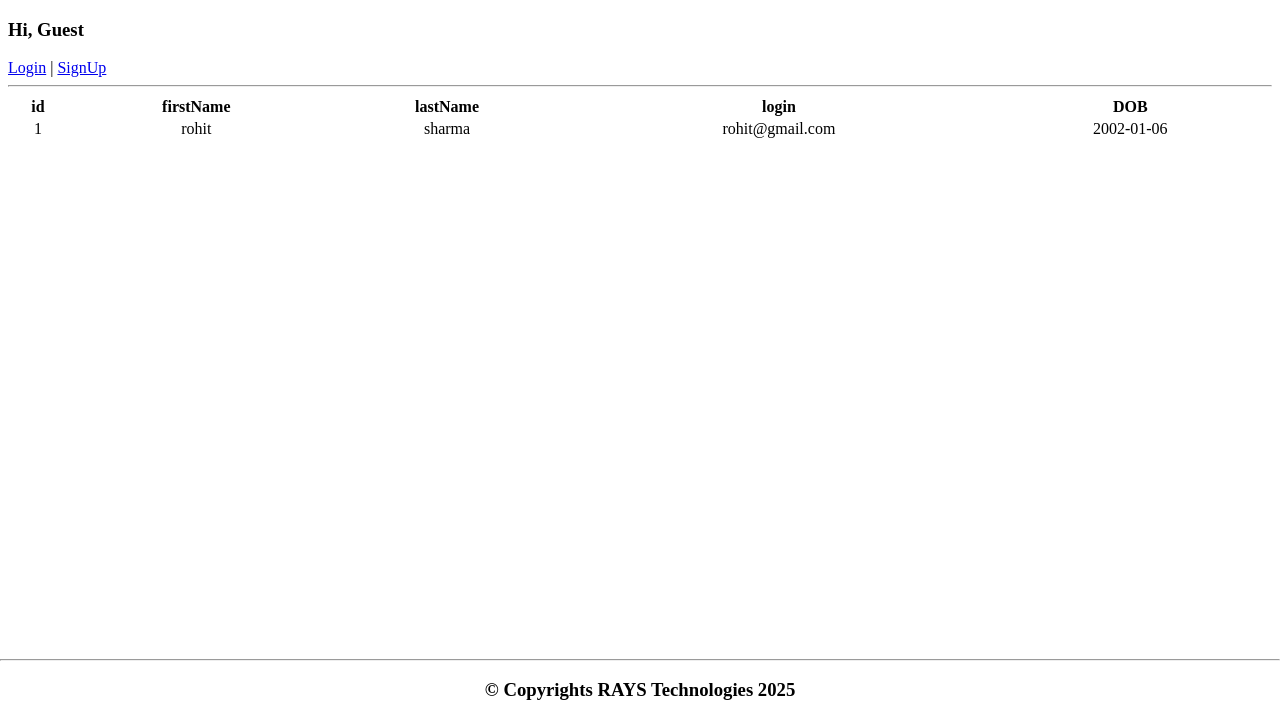
Repository: Deepak9669/JSP-Servlet
Page: http://localhost/Dynamic-Web-Project/UserListView.jsp
An editor plug-in stored every save of this project. The page is shown before and after the next save, followed by the edit.
The browser window is 1280 px wide. The pictures show the whole page.
The page is served by Tomcat 9. The template is opened directly, without the code that normally fills it, so the values that code supplies are empty.

Above is the page before, as saved 2025-10-06 14:39:43.

After the next save:
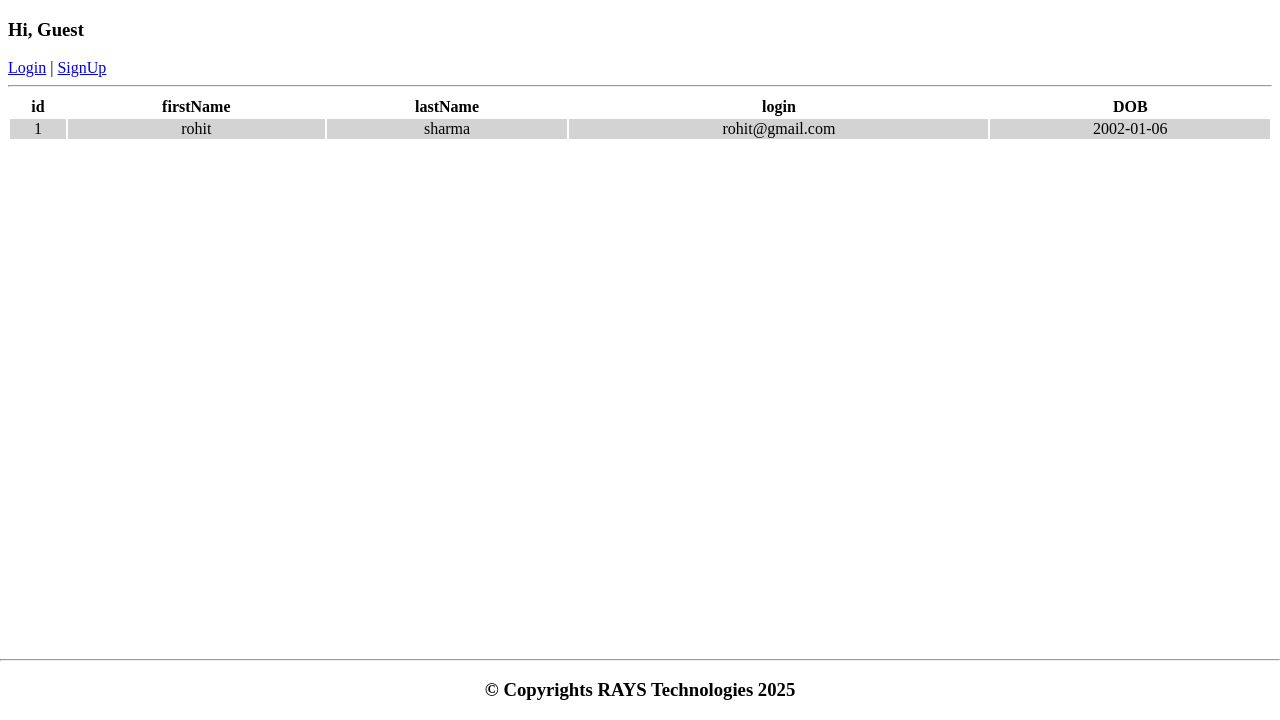
Saved 4 min 31 s later.
--- a/Dynamic-Web-Project/WebContent/UserListView.jsp
+++ b/Dynamic-Web-Project/WebContent/UserListView.jsp
@@ -25,7 +25,7 @@
 
 				</tr>
 
-				<tr align="center">
+				<tr align="center" style="background-color: #D3D3D3">
 					<td>1</td>
 					<td>rohit</td>
 					<td>sharma</td>
